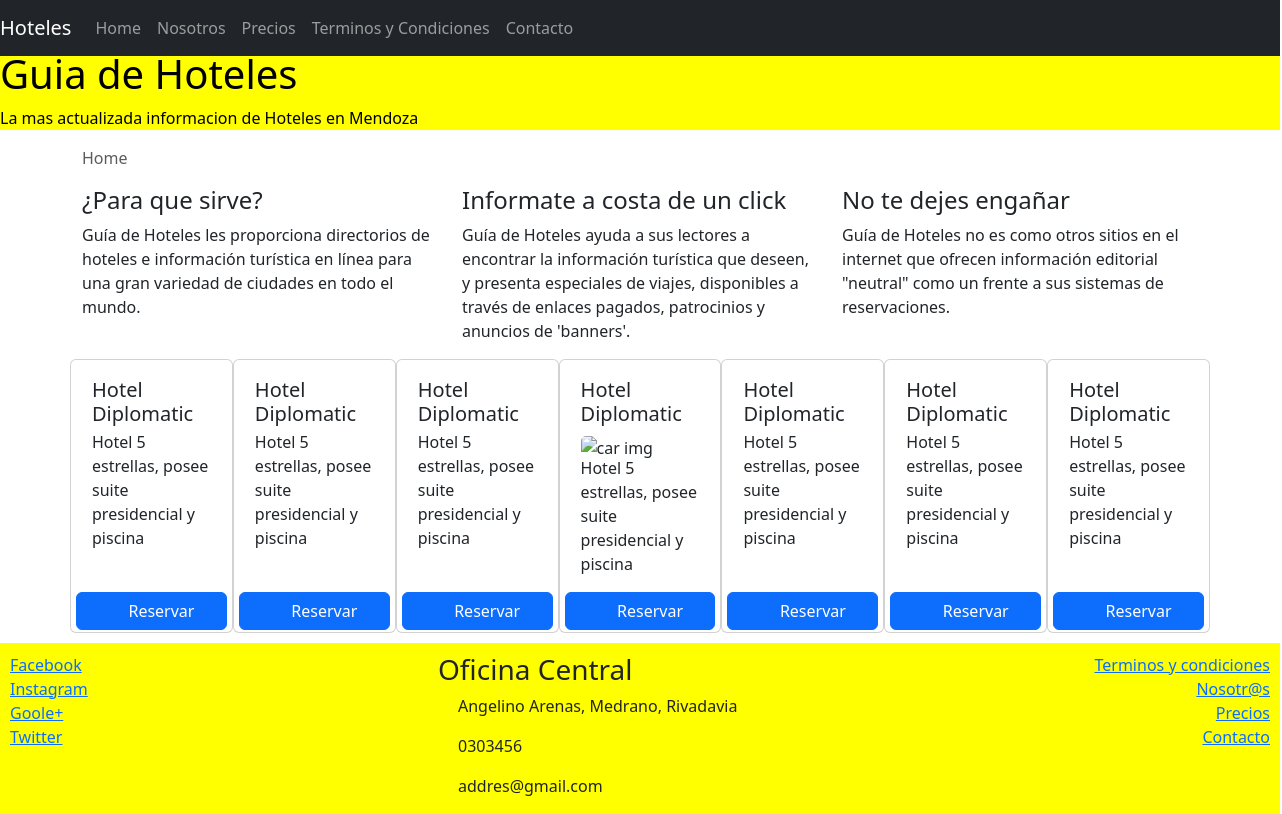
Repository: JulianMoralesSantoni/PaginaHoteles
Page: index.html
These files come from the project's save history. The page is drawn as it stood at one moment and after the next save; the edit follows.
The browser window is 1280 px wide. The page is 1282 px wide, so the pictures cover 1282 px, including what lies to the right of the window. The pictures show the whole page.
Some web fonts or font styles are not loaded; a fallback is used. Some web libraries are served in a nearby version.

Above is the page before, as saved 2021-03-30 01:38:47.
Not found: images/car.png

After the next save:
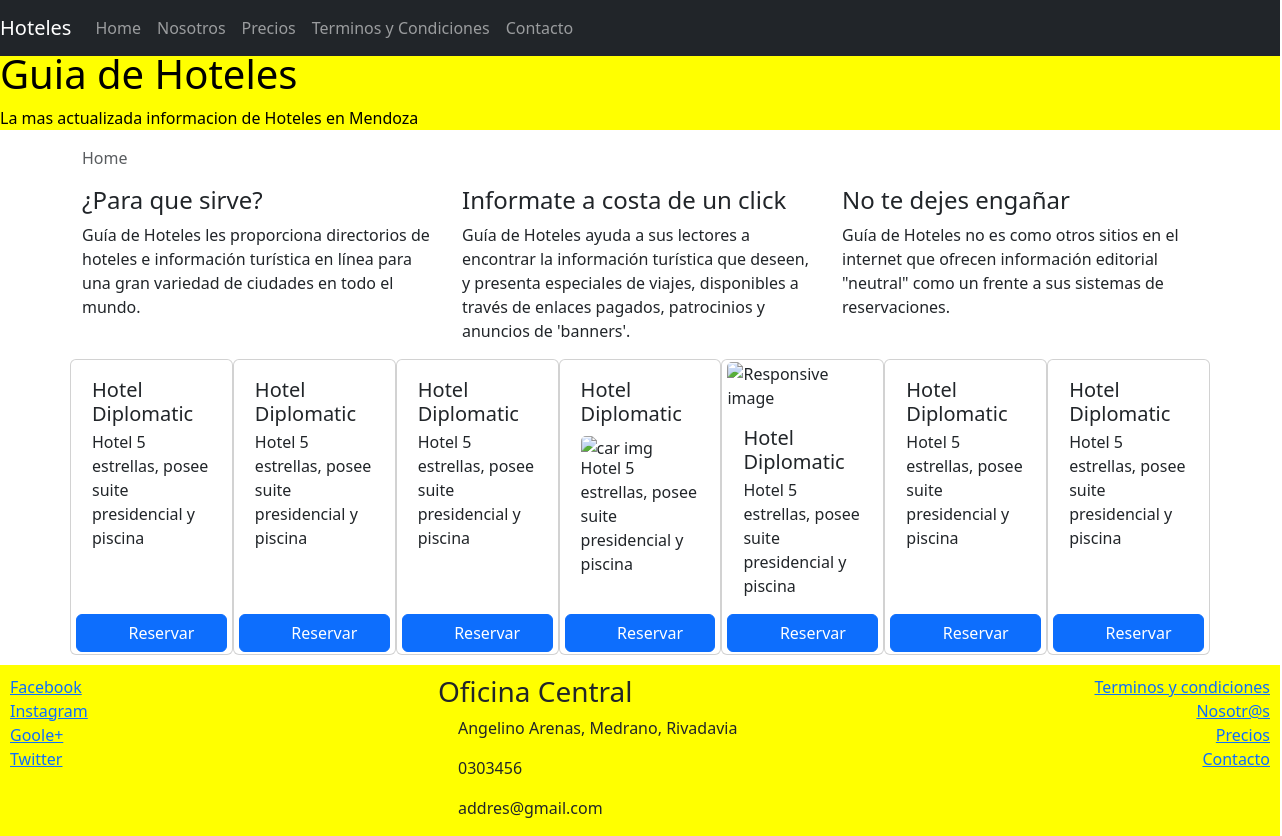
Not found: images/car.jpg
Not found: images/images-7.jpeg
Saved 7 days later.
--- a/index.html
+++ b/index.html
@@ -103,14 +103,14 @@
 
       <div class="card-body">
         <h5 class="card-title">Hotel Diplomatic</h5>
-        <img class="card-img-top" src="images/car.png" alt="car img">
+        <img class="card-img-top" src="images/car.jpg" alt="car img">
         <h6 class="card-subtitle"></h6>
             <p class="card-text">Hotel 5 estrellas, posee suite presidencial y piscina</p></div>
               <div><button class="btn btn-primary  btn-reserva"><span class="oi oi-plus footer-address-icon" ></span>Reservar</button></div>
     </div>
 
     <div class="card card-hotel d-flex flex-column justify-content-between ml-2">
-
+      <img  class="card-img-top" src="images/images-7.jpeg" alt="Responsive image">
       <div class="card-body">
         <h5 class="card-title">Hotel Diplomatic</h5>
           <h6 class="card-subtitle"></h6>
